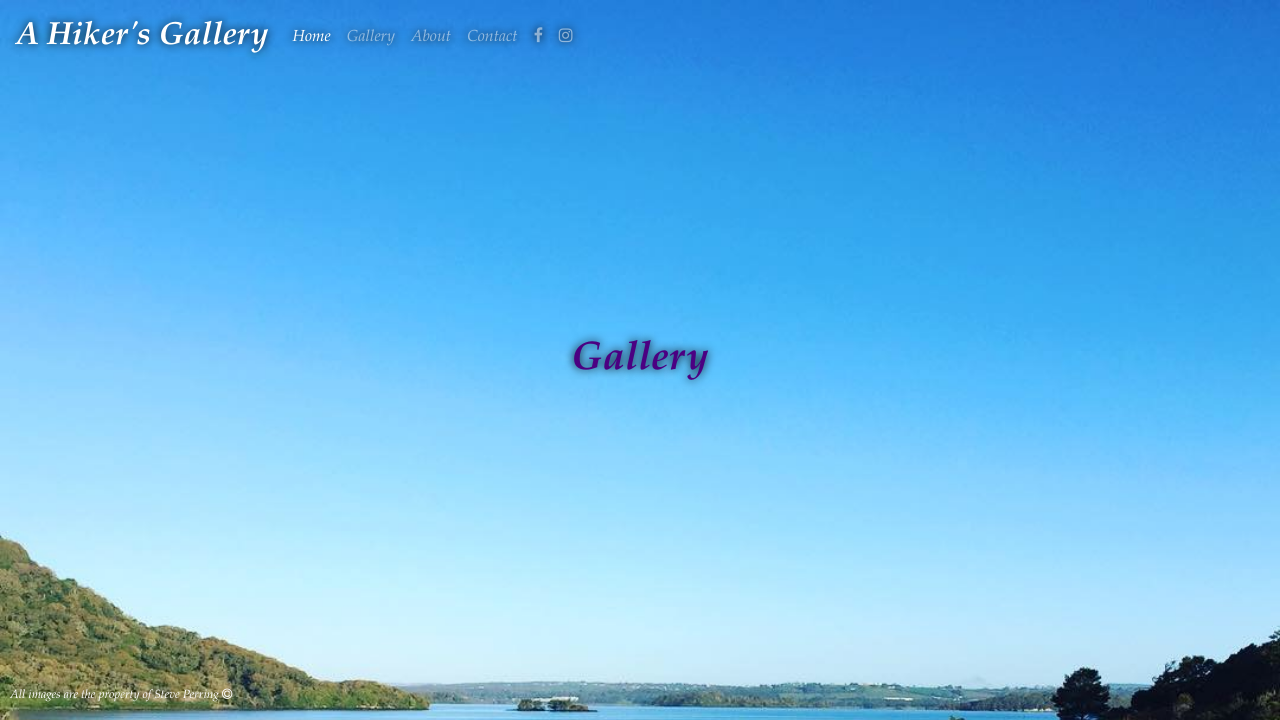
Repository: S-Perring/hiker
Page: index.html
The author's editor kept a record of every edit. The page is drawn from the files as they stood at one moment, then again after the next edit.
The browser window is 1280 px wide. The pictures show the whole page.

Above is the page before.

After the next edit:
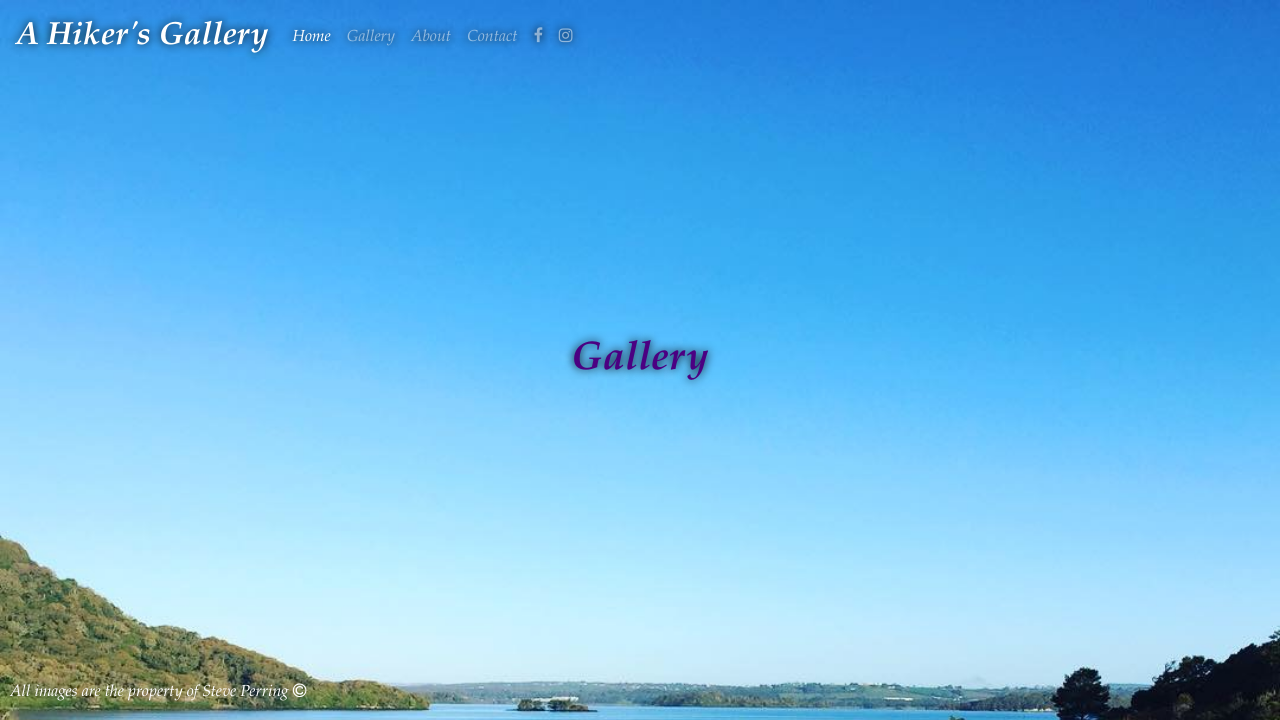
The edit:
--- a/css/style.css
+++ b/css/style.css
@@ -52,7 +52,7 @@
     font-family: Garamond;
     font-style: italic;
     color: #fff;
-    font-size: .75em;
+    font-size: 1em;
 }
 
 a:hover {
